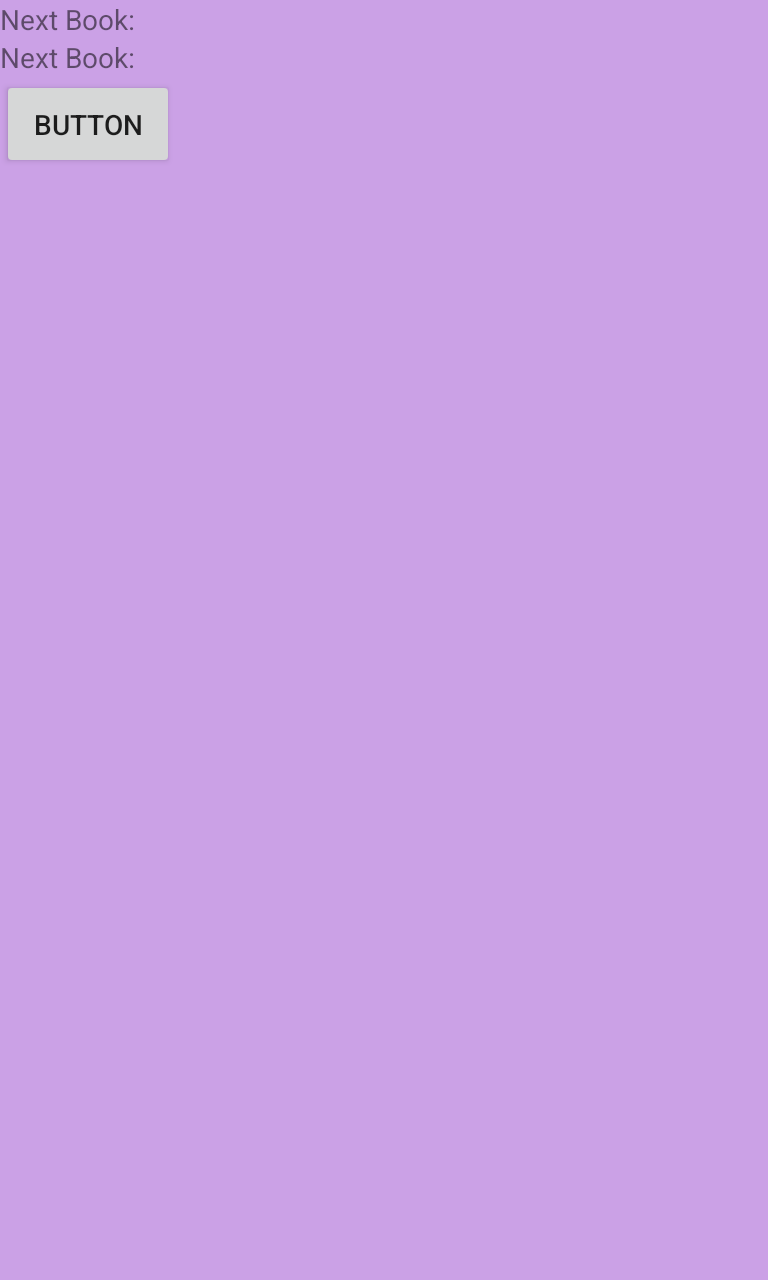
Repository: arianaantonio/MDF3_Antonio
Layout: Readable/res/layout/widget_layout.xml
These files come from the project's save history. The layout is drawn as it stood at one moment and after the next save; the edit follows.
It is drawn on a 768 x 1280 px phone screen (xhdpi) without system bars, with theme AppTheme; the app's code is not run.

Above is the layout before, as saved 2014-08-20 00:40:49.

### Readable/res/layout/widget_layout.xml
<?xml version="1.0" encoding="utf-8"?>
<FrameLayout xmlns:android="http://schemas.android.com/apk/res/android"
    xmlns:tools="http://schemas.android.com/tools"
    android:layout_width="match_parent"
    android:layout_height="match_parent"
    android:padding="@dimen/widget_margin"
    android:orientation="vertical" >

    <LinearLayout
        android:layout_width="match_parent"
        android:layout_height="match_parent"
        android:background="@color/lavender"
        android:orientation="vertical"
        tools:ignore="UselessParent" >

        <TextView
            android:id="@+id/nextBookTitle"
            android:layout_width="180dp"
            android:layout_height="wrap_content"
            android:gravity="left"
            android:text="@string/nextBook" >
        </TextView>

        <TextView
            android:id="@+id/nextBook"
            android:layout_width="180dp"
            android:layout_height="wrap_content"
            android:gravity="left"
            android:text="@string/nextBook" >
        </TextView>

        <Button
            android:id="@+id/button1"
            android:layout_width="wrap_content"
            android:layout_height="wrap_content"
            android:text="Button" />

    </LinearLayout>

</FrameLayout>

### Readable/res/values/strings.xml
<?xml version="1.0" encoding="utf-8"?>
<resources>

    <string name="app_name">Readable</string>
    <string name="username">Enter Your Name:</string>
    <string name="nextBook">Next Book:</string>
    <color name="lavender">#cba1e6</color>
    <string name="backgroundColor">Choose A Background Color:</string>
    <string name="button">Save Settings</string>
    <dimen name="widget_margin">8dp</dimen>
    <string name="widget_button">Book Details</string>

</resources>

Loaded but not shown: Readable/res/values/styles.xml (common file); Readable/res/values-v11/styles.xml (common file); Readable/res/values-v14/styles.xml (common file)

After the next save:
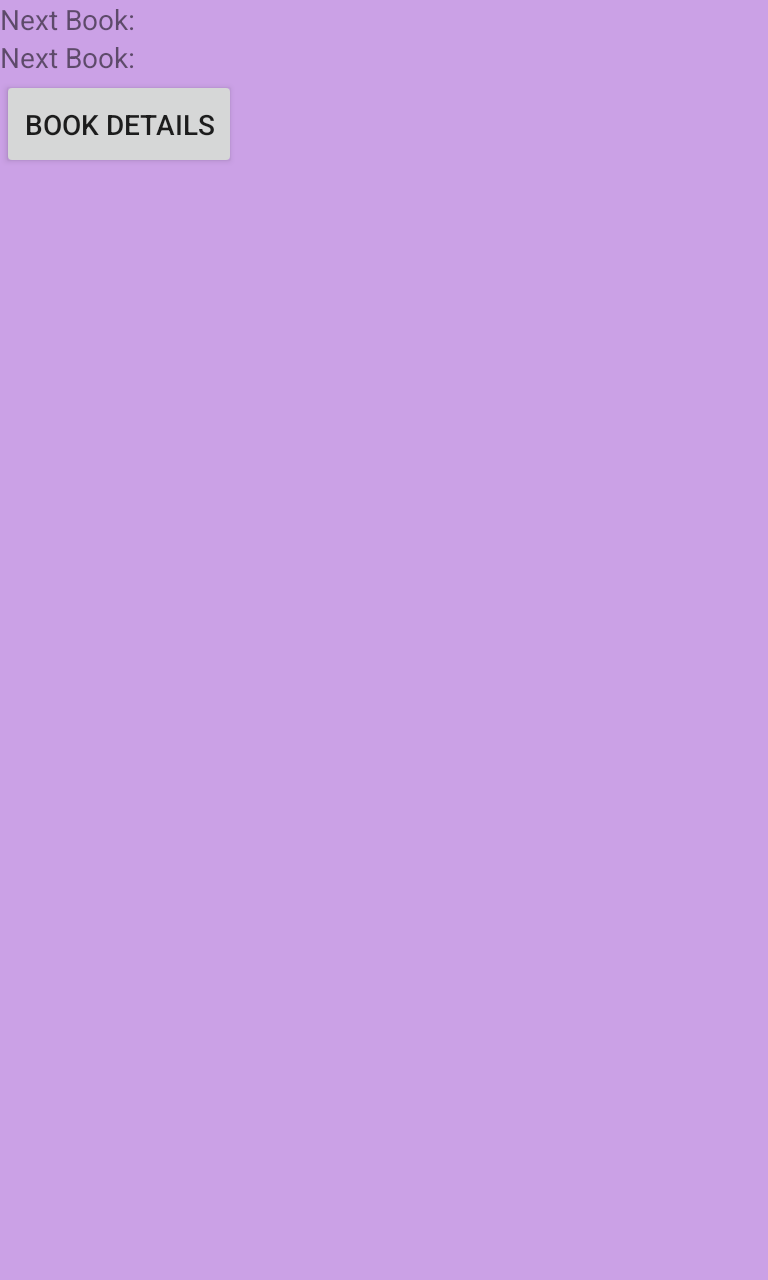
Saved 22 s later.
--- a/Readable/res/layout/widget_layout.xml
+++ b/Readable/res/layout/widget_layout.xml
@@ -33,7 +33,7 @@
             android:id="@+id/button1"
             android:layout_width="wrap_content"
             android:layout_height="wrap_content"
-            android:text="Button" />
+            android:text="@string/widget_button" />
 
     </LinearLayout>
 
